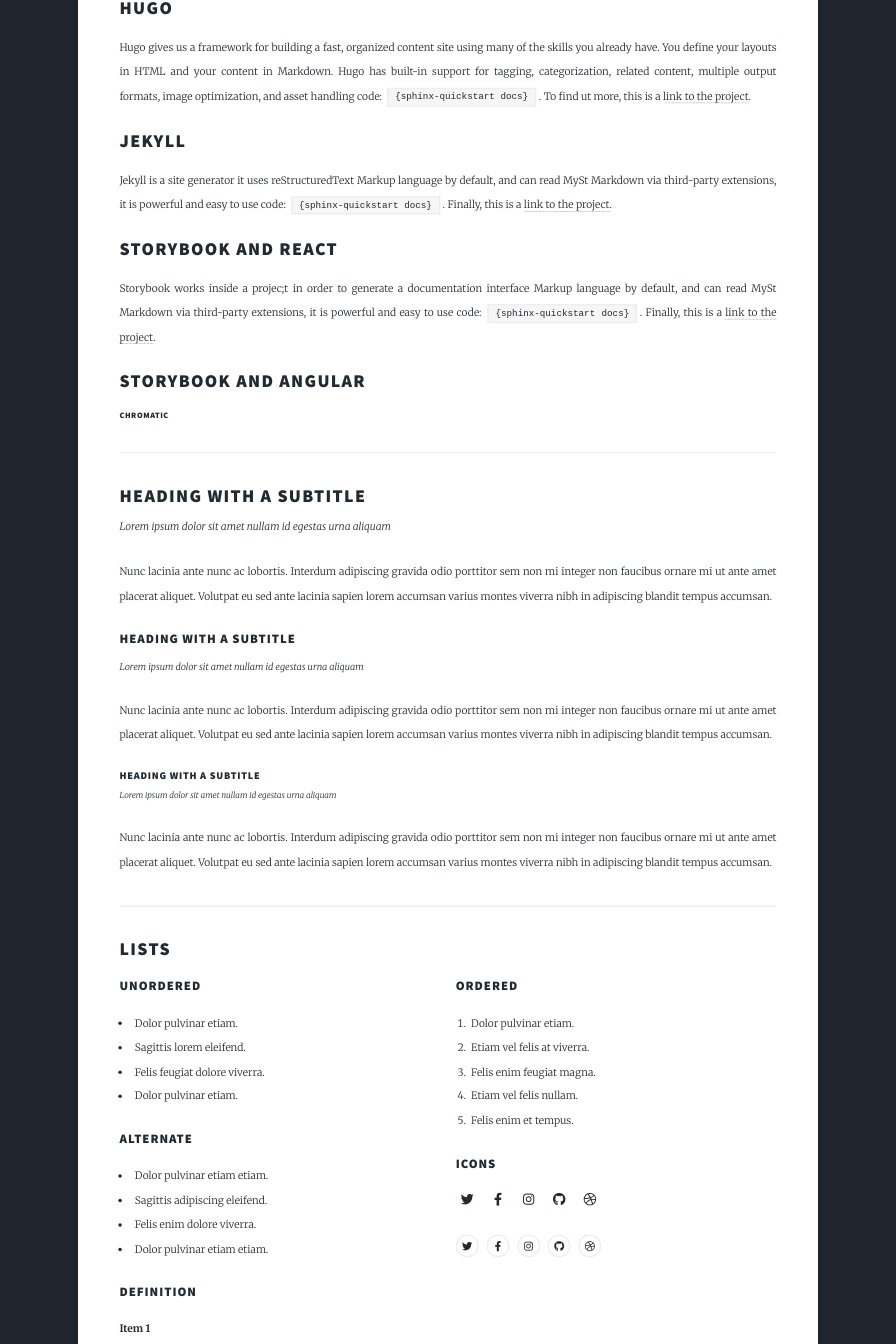
Repository: enlilsudo/Orlando-Portfolio
Page: elements.html
These files come from the project's save history. The page is drawn as it stood at one moment and after the next save; the edit follows.
The browser window is 1280 px wide. The pictures show the part of the page from y = 788 to 2708 px (the page is 9904 px tall before and 9939 px after), at 70% of full size.

Above is the page before, as saved 2023-02-19 12:41:38.

After the next save:
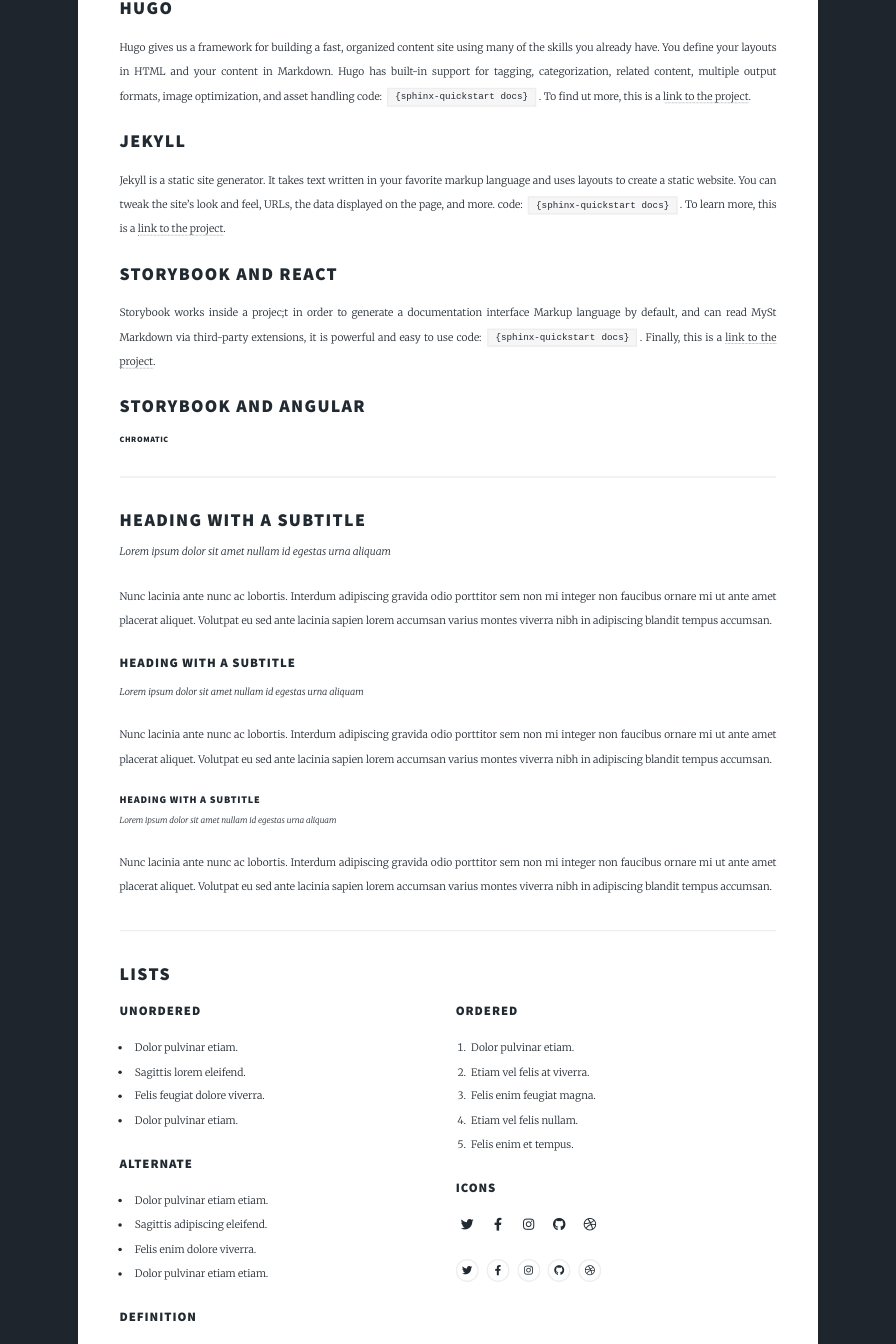
Saved 6 min 49 s later.
--- a/elements.html
+++ b/elements.html
@@ -60,10 +60,9 @@
 										Hugo has built-in support for tagging, categorization, related content, multiple output formats, image optimization, and asset handling code: <code>{sphinx-quickstart docs}</code>.
 										To find ut more, this is a <a href="https://gohugo.io/">link to the project</a>.</p>
 									<h2>Jekyll</h2>
-									<p>Jekyll is a site generator it uses reStructuredText
-										Markup language by default, and can read MySt Markdown via third-party
-										extensions, it is powerful and easy to use code: <code>{sphinx-quickstart docs}</code>.
-										Finally, this is a <a href="https://www.sphinx-doc.org/en/master/#get-started">link to the project</a>.</p>
+									<p>Jekyll is a static site generator. It takes text written in your favorite markup language and uses layouts to create a static website.
+										You can tweak the site’s look and feel, URLs, the data displayed on the page, and more. code: <code>{sphinx-quickstart docs}</code>.
+										To learn more, this is a <a href="https://www.sphinx-doc.org/en/master/#get-started">link to the project</a>.</p>
 									<h2>Storybook and React</h2>
 									<p>Storybook works inside a projec;t in order to generate a documentation interface
 										Markup language by default, and can read MySt Markdown via third-party
